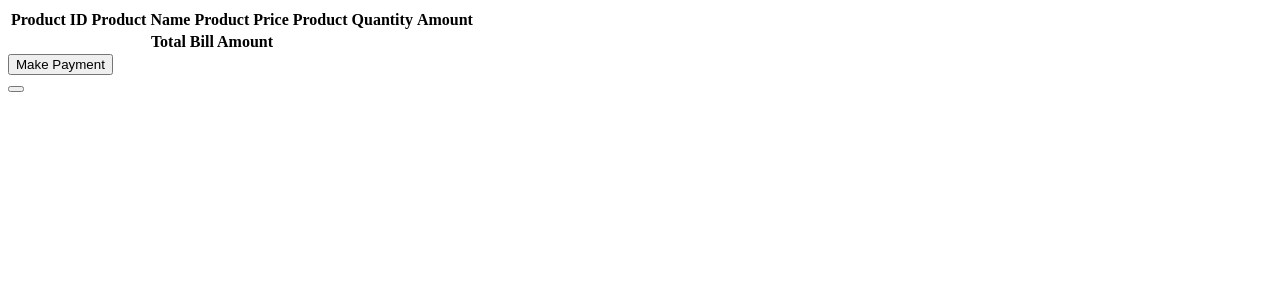
Repository: devgpta19/CDAC-Assignments
Page: http://localhost/ProductsAndUsersUsingJSPAndServlet/cart.jsp
These files come from the project's save history. The page is drawn as it stood at one moment and after the next save; the edit follows.
The browser window is 1280 px wide. The pictures show the whole page.
The page is served by Tomcat 9. Other server files are loaded and not shown.

Above is the page before, as saved 2025-11-27 05:39:41.

### Adv.Java/Day6-8/ProductsAndUsersUsingJSPAndServlet/src/main/webapp/cart.jsp
<%@ page language="java" contentType="text/html; charset=ISO-8859-1"
	pageEncoding="ISO-8859-1"%>
<%@taglib prefix="c" uri="http://java.sun.com/jsp/jstl/core"%>

<!DOCTYPE html>
<html>
<head>
<meta charset="ISO-8859-1">
<title>Insert title here</title>
</head>
<body>
	<%
	double tamt = 0;
	%>
	<form action="makePayment.jsp">
		<table>
			<tr>
				<th>Product ID</th>
				<th>Product Name</th>
				<th>Product Price</th>
				<th>Product Quantity</th>
				<th>Amount</th>
			</tr>
			<c:forEach var="set" items="${ResultSet}">
				<tr>
					<c:set var="amt" value="${set.qty}*${set.price}"></c:set>
					<c:set var="tamt" value="${tamt}+${amt}"></c:set>
					<td>${set.pid}</td>
					<td>${set.pname}</td>
					<td>${set.price}</td>
					<td>${set.qty}</td>
					<td>${amt}</td>
				</tr>
			</c:forEach>
			<tr>
			<th colspan='4'>Total Bill Amount</th>
			<th>${tamt}</th>
			</tr>
		</table>

		<button type="submit" name="btn" id="btn" >Make Payment</button>
	</form>

	<form action="Category">
	<button></button>
	</form>
</body>
</html>

After the next save:
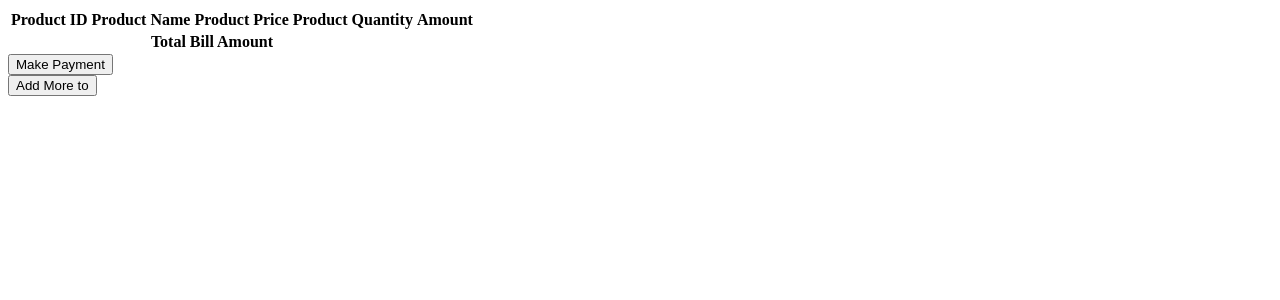
Saved 5 s later.
--- a/Adv.Java/Day6-8/ProductsAndUsersUsingJSPAndServlet/src/main/webapp/cart.jsp
+++ b/Adv.Java/Day6-8/ProductsAndUsersUsingJSPAndServlet/src/main/webapp/cart.jsp
@@ -42,7 +42,7 @@
 	</form>
 
 	<form action="Category">
-	<button></button>
+	<button>Add More to </button>
 	</form>
 </body>
 </html>
